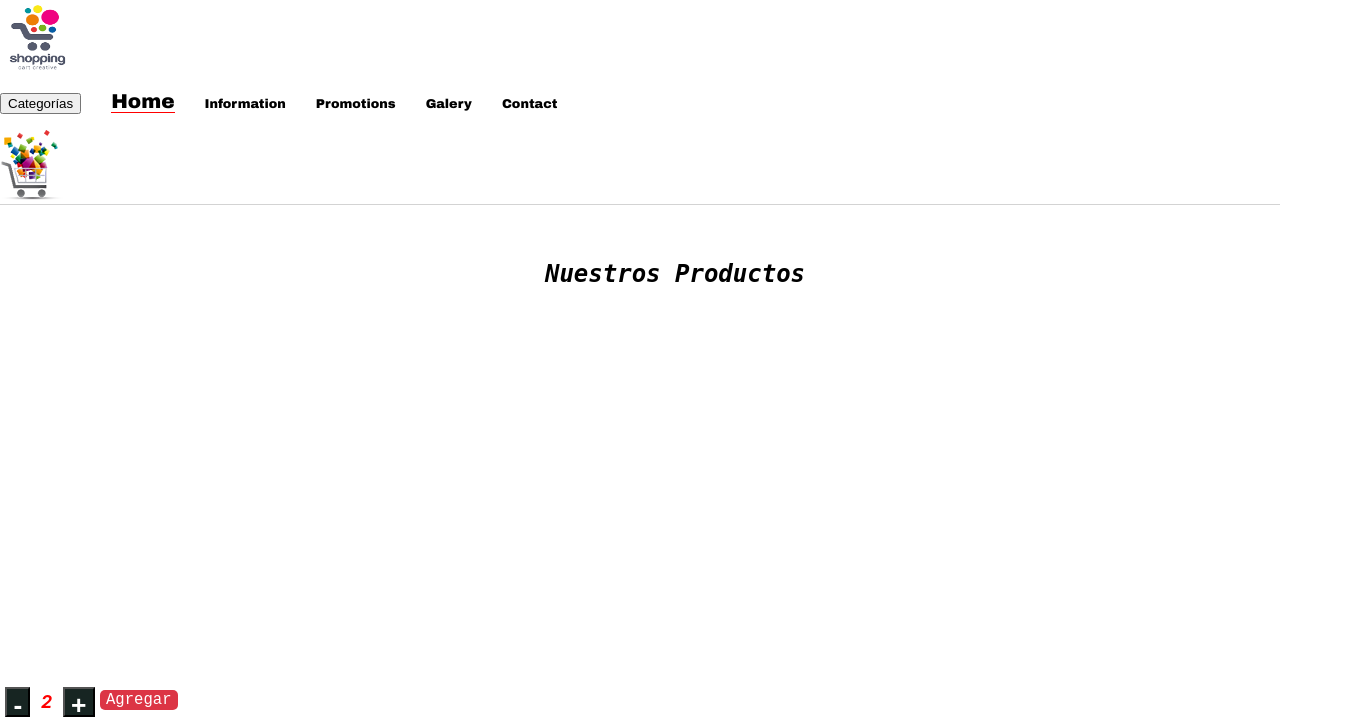
Repository: gustavomanuelquintana/CoderRepository
Page: / (app in cards-commers/)
An editor plug-in stored every save of this project. The page is shown before and after the next save, followed by the edit.
The browser window is 1280 px wide. The page is 1350 px wide, so the pictures cover 1350 px, including what lies to the right of the window. The pictures show the whole page.
The project was rebuilt for these pictures with package versions that can differ from the ones it lists, and the page was loaded fresh each time.

Above is the page before, as saved 2020-10-31 14:02:59.

### cards-commers/src/App.js
import React from "react";
import NavBar from "./Components/NavBar/NavBar";
import ItemListContainer from "./Components/ItemListContainer/ItemListContainer";
import ItemCount from "./Components/ItemCount/ItemCount";

function App() {
  let stock= 14;
  const handleAdd = (counter) => {
    return ({stock}) => {
      if (stock <=0){
        alert('No hay stock')
      }else {
        alert(`Se van agregar ${counter} articulos`)
      }
    }
  }

  return (
    <div className="App">
        <NavBar />
        <ItemListContainer titulo='Nuestros Productos'/>
        <ItemCount onAdd={handleAdd}  stock={stock} initial={2} />
    </div>
  );
}

export default App;

### cards-commers/src/Components/NavBar/NavBar.js
import React from "react";
import ImageNavBar from "../../Images/cards-logo.png";
import CartWidget from "../CartWidget/CartWidget";
import Dropdown from "react-bootstrap/Dropdown";
import "./NavBar.css";

const styleFont = {
  fontSize: 20,
  borderBottom: "1px solid red",
};

function NavBar() {
  return (
    <div className=" col-12">
      <div className="header-navBar col-12">
        <div className="row col-12">
          <div className="Logo-navBar col-1">
            <a href="index.html">
            <img src={ImageNavBar} alt="logo" width="75" height="70" />
            </a>
          </div>
          <div className="Links-navBar col-10 mt-3">
            <ul className="List-navBar">
              <li>
                <Dropdown>
                  <Dropdown.Toggle  variant="danger" id="dropdown-basic">
                    Categorías
                  </Dropdown.Toggle>

                  <Dropdown.Menu>
                    <Dropdown.Item   href="#/action-1">
                      Deportes / Fitness
                    </Dropdown.Item>
                    <Dropdown.Item href="#/action-2">
                      Hogar / Electrodomésticos
                    </Dropdown.Item>
                    <Dropdown.Item href="#/action-3">Vehículos</Dropdown.Item>
                  </Dropdown.Menu>
                </Dropdown>
              </li>
              <li>
                <a style={styleFont} href="#">
                  Home
                </a>
              </li>
              <li>
                <a href="#">Information</a>
              </li>
              <li>
                <a href="#">Promotions </a>
              </li>
              <li>
                <a href="#">Galery</a>
              </li>
              <li>
                <a href="#">Contact</a>
              </li>
            </ul>
          </div>
          <div className="carrito-navBar col-1">
            <CartWidget />
          </div>
        </div>
      </div>
    </div>
  );
}

export default NavBar;

### cards-commers/src/Components/ItemListContainer/ItemListContainer.js
import React, {useState, useEffect} from 'react';
import './ItemListContainer.css';
import ItemList from './ItemList/ItemList';

const getList = () => {
    return new Promise( (res) => {
        let products;
        res(
            products = ["nike", "Airmax", "Running fast"]
        )
    });
}


function ItemListContainer({titulo}){
    const [itemList, setItemList] = useState([]);

    // Use effect
    useEffect( () => {
        getList().then( mercaderia => {
           setItemList(mercaderia);
        });
    },[]); // End useEffect

    return (
        <div className="container">
            <h2>{titulo}</h2>
        <ItemList items={itemList} />
        </div>
    );
}



export default ItemListContainer;

### cards-commers/src/Components/ItemCount/ItemCount.js
import React, {useState} from 'react';
import ButtonsCount from './ButtonsCount/ButtonsCount';
import ViewCount from './ViewCount/ViewCount';
import AgregarCount from './AgregarCount/AgregarCount';


    const styleContain={
        backgroundColor:"white",
        display:"flex",
    }
    const styleBox = {
        color:"red",
        fontWeight:"bold",
        fontSize:"1.1em",
        lineHeight:"18px",
        display:"flex",
        justifyContent:"center",
        width:"100px",
        height:"30px",
    }
    const boxAdd ={
        fontWeight: "bold",
        fontSize: "1em",
        color: "red",
    }
    export default function ItemCount({onAdd,stock,initial}) {
        let [counter, counterState] = useState(initial);

    const onClickButton = (amount) => {
        return () => {
            let total = (amount < 0) ? 0 : amount;
            let limiter = (total > stock) ? stock: total;
            counterState(limiter);

        }
    }

    let props = {counter, counterState}

    return (
        <div className="section-car" style={styleContain}>
        <div className="box-count" style={styleBox}>
            <ButtonsCount suma={false} onClick={onClickButton} {...props} />
             <ViewCount value={counter}/>
             <ButtonsCount suma={true} onClick={onClickButton}  {...props}/>
        </div>

        <div  className="box-add" style={boxAdd}> <AgregarCount onAdd= {onAdd} {...{counter}}/> </div>
        </div>
        );
}

### cards-commers/src/Components/CartWidget/CartWidget.js
import React from 'react';
import ImageCarrito from "../../Images/carrito-img.png";

function CartWidget(){
    return (
        <a href="#">
         <img src={ImageCarrito}/>
        </a>
    )
}

export default CartWidget;

### cards-commers/src/Components/NavBar/NavBar.css
img {
  max-width: 100%;
}
.header-navBar {
  background-color: white;
  display: flex;
  width: 100%;
  border-bottom: 1px solid lightgrey;
}

.Logo-navBar img {
  max-height: 8em;
  max-width: 8em;
}
.Links-navBar ul li {
  display: inline-block;
  margin-right: 35px;
  margin: 0 70px 0 -40px;
}
.Links-navBar ul li a {
  color: black;
  font-family: Arial Black;
  font-size: 0.8em;
  font-weight: bold;
  text-decoration: none;
}

### cards-commers/src/Components/ItemListContainer/ItemListContainer.css
.container{
    width:100%;
    max-height:100vh;
    margin: 0.25 auto;
    padding: 35px;
}
.container h2{
    text-align:center;
    font-family: "monospace";
    font-weight:bold;
    font-style: italic;
}

### cards-commers/src/Components/ItemListContainer/ItemList/ItemList.js
import React, {useState, useEffect} from 'react';
import './ItemList.css';
import Item from '../Item/Item';




function ItemList({items}){
return <div className="itemList">
        <Item />
     </div>
}


export default ItemList;

### cards-commers/src/Components/ItemCount/ButtonsCount/ButtonsCount.js
import React from "react";
const styleButton = {
    fontWeight: "bold",
    fontSize:"1.5em",
    background: "#172522",
    color: "white",
    margin:"0 auto",
    height:"100%",
}

export default function ButtonsCount({suma,onClick,counter,counterState}) {

    let signo = suma ? '+' : '-';

    let amount = suma ? (counter + 1) : (counter - 1);

  return ( <button onClick={onClick(amount)} style={styleButton}>{signo}</button> )
}

### cards-commers/src/Components/ItemCount/ViewCount/ViewCount.js
import React from 'react';

const countnumber = {
    margin:"0.35em auto",
    fontStyle:"italic",

}

export default function ViewCount({value}){

    return(
        <div style={countnumber} className="countNumber">{value}</div>
    )
}

### cards-commers/src/Components/ItemCount/AgregarCount/AgregarCount.js
import React from 'react';

const agregarcount = {
    borderRadius:"5px",
    border:"none",
    margin:"0.2em auto",
    background:"#dc3545",
    color:"white",
    fontFamily:"monospace",
    fontSize:"1.2em",
}
export default function AgregarCount({onAdd, counter}){

    const agregarCount = () =>{};

    return(
        <div>
            <button style={agregarcount} onClick={onAdd(counter)}>Agregar</button>
        </div>
    )
}

### cards-commers/src/Components/ItemListContainer/ItemList/ItemList.css
.itemList{
    width:100%;
    height:300px;
    background-color:green;
    margin:2em auto;
}

### cards-commers/src/Components/ItemListContainer/Item/Item.js
import React from 'react';
import './Item.css'

function Item(){
    return <div className="Item">

    </div>

}

export default Item;

### cards-commers/src/Components/ItemListContainer/Item/Item.css
.Item{
    background-color: white;
    width:100%;
    height:50vh;
}

Loaded but not shown: cards-commers/public/index.html (common file); cards-commers/src/index.js (common file); cards-commers/src/index.css (common file); cards-commers/src/serviceWorker.js (common file)

After the next save:
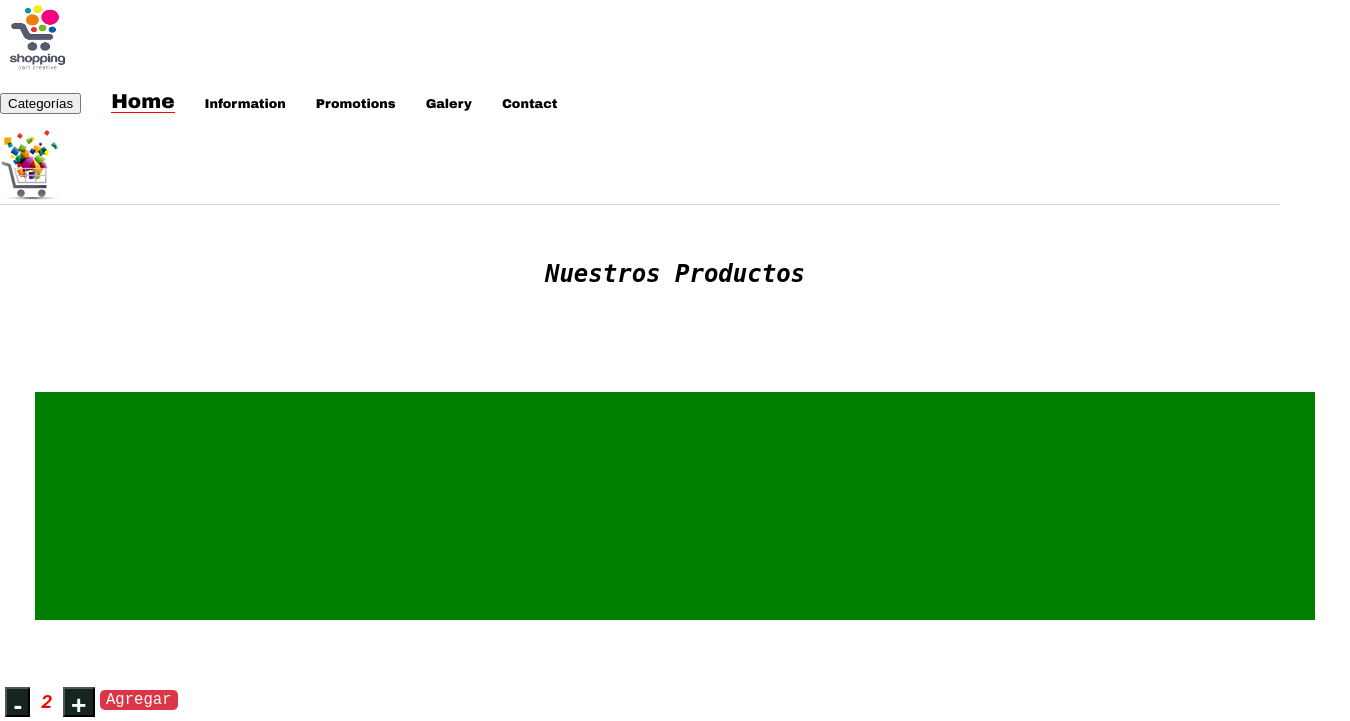
Saved 8 s later.
--- a/cards-commers/src/Components/ItemListContainer/Item/Item.css
+++ b/cards-commers/src/Components/ItemListContainer/Item/Item.css
@@ -1,5 +1,5 @@
 .Item{
     background-color: white;
     width:100%;
-    height:50vh;
+    height:10vh;
 }

After the save that followed:
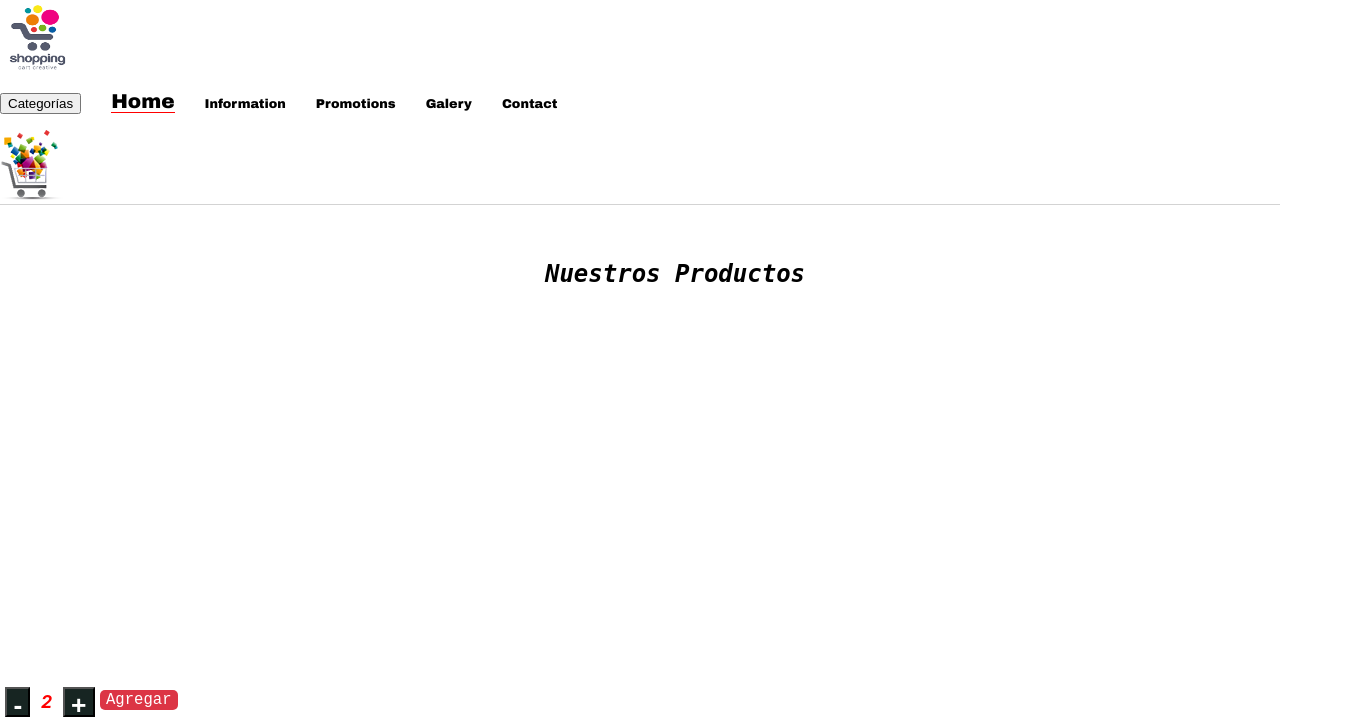
Saved 11 s later.
--- a/cards-commers/src/Components/ItemListContainer/Item/Item.css
+++ b/cards-commers/src/Components/ItemListContainer/Item/Item.css
@@ -1,5 +1,5 @@
 .Item{
     background-color: white;
     width:100%;
-    height:10vh;
+    height:300px;
 }
